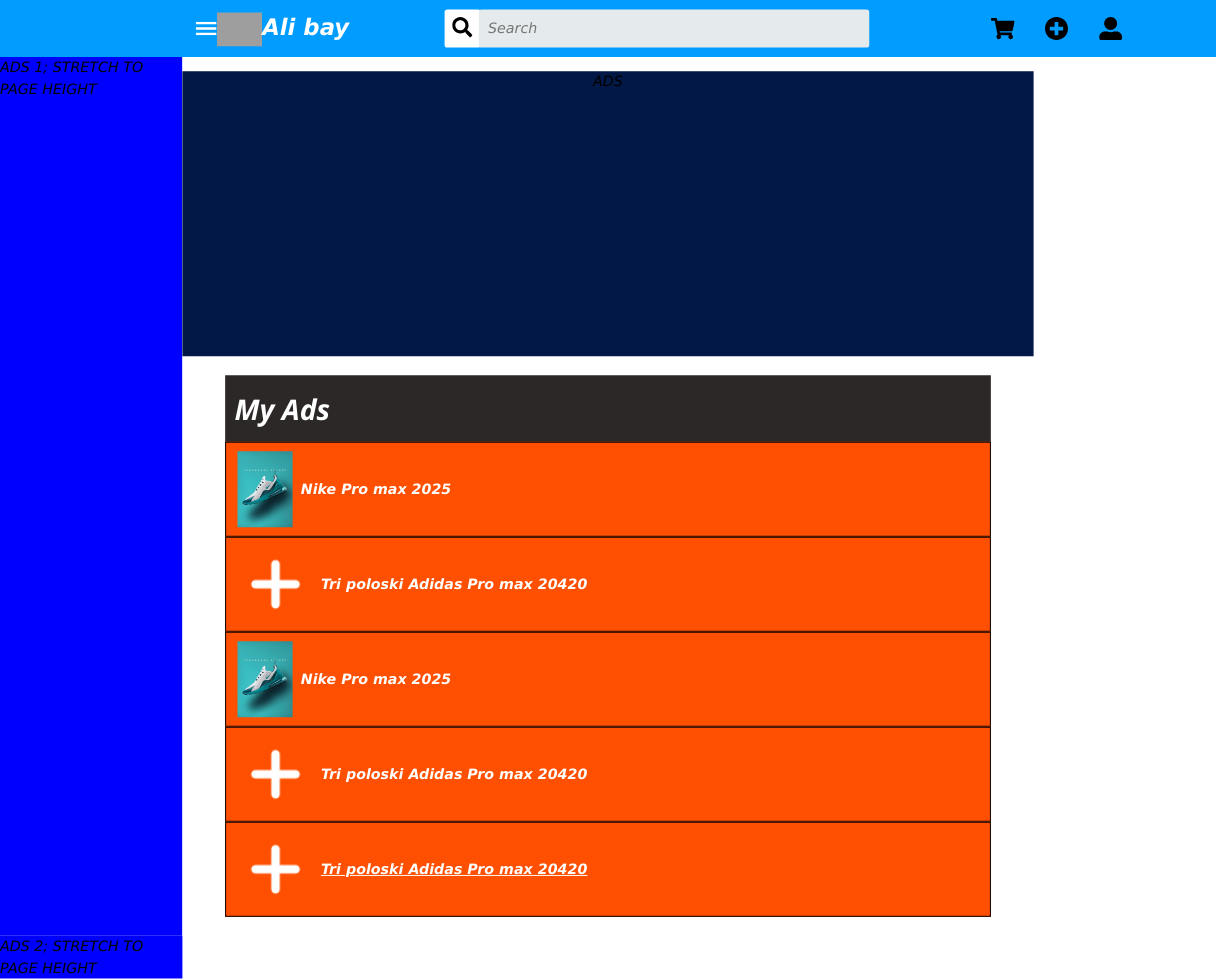
Repository: Aramys21/alibay-site
Page: public/ad_list.html
The author's editor kept a copy of each file at every save. The page is drawn from the files as they stood at one save, then again after the next save.
The browser window is 1280 px wide. The pictures show the whole page, at 95% of full size.
Pictures or frames that could not be fetched are drawn as grey boxes.

Above is the page before, as saved 2023-04-05 00:57:12.

After the next save:
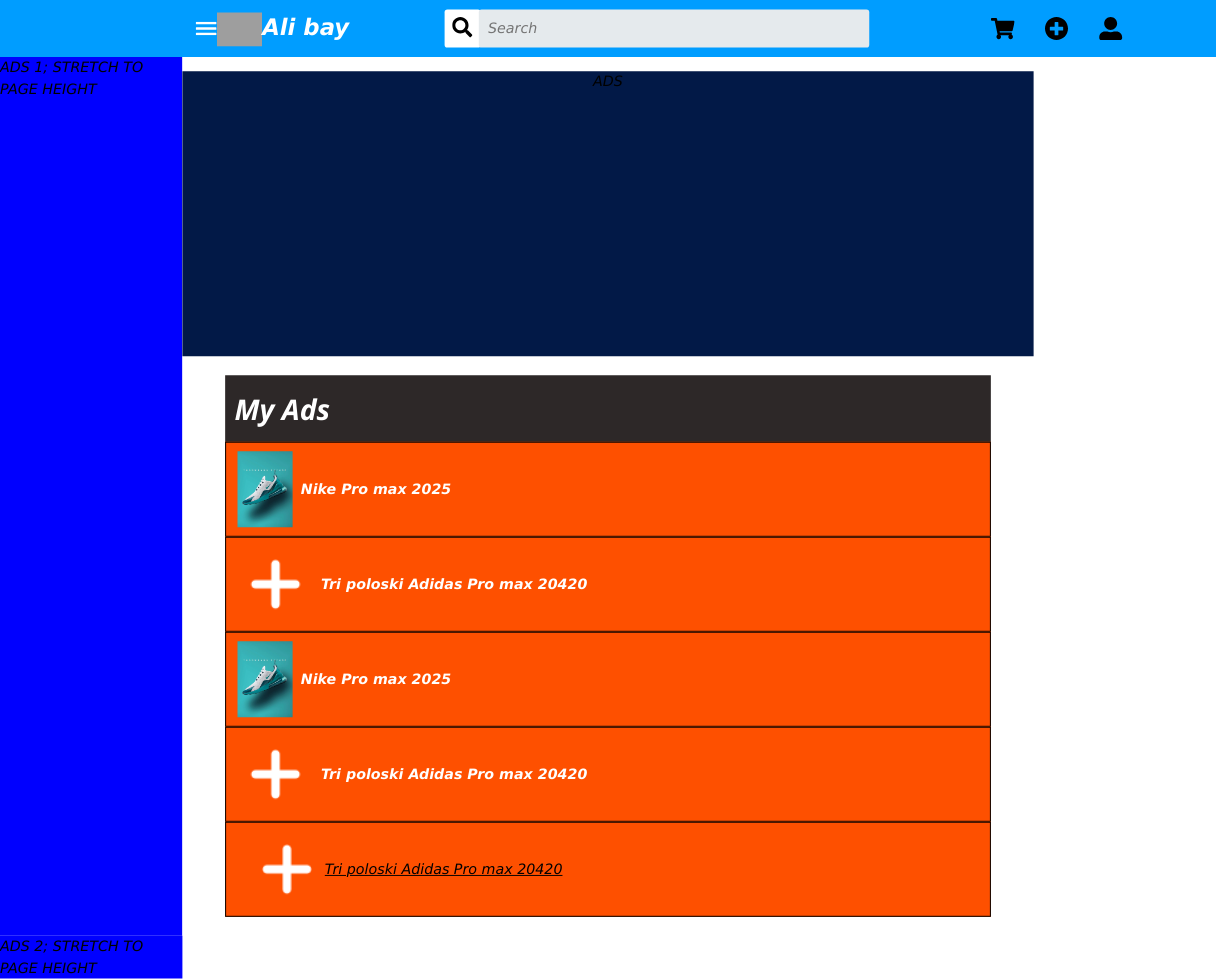
Saved 13 s later.
--- a/public/ad_list.html
+++ b/public/ad_list.html
@@ -133,7 +133,7 @@
 			<a href="#" class="list-item-a">
 				<div class="list-item">
 				<img src="src/images/ades (2).png">
-				<a href="#">Tri poloski Adidas Pro max 20420</a>
+				<p href="#">Tri poloski Adidas Pro max 20420</p>
 			</div>
 		</a>
 			<!-- single item end -->
